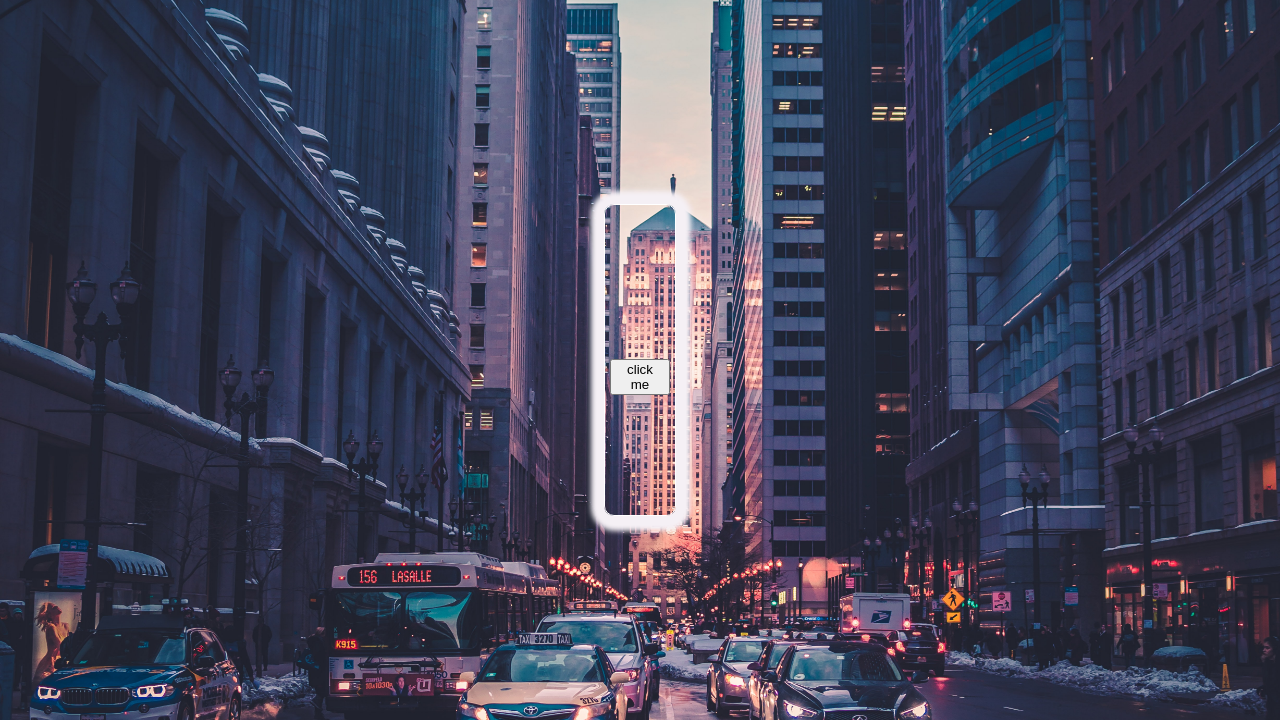
Repository: lamilekan263/random_advice
Page: /
These files come from the project's save history. The page is drawn as it stood at one moment and after the next save; the edit follows.
The browser window is 1280 px wide. The pictures show the whole page.
The page's requests for data from a server got no answer. The project was rebuilt for these pictures with package versions that can differ from the ones it lists, and the page was loaded fresh each time. No one was signed in, and anything a server would have sent is missing.

Above is the page before, as saved 2020-08-10 14:50:06.

### src/App.js
import React from 'react';
import './App.css';
import axios from 'axios'

class App extends React.Component{

  state = {
    advice : ''
  }
 componentDidMount(){
    this.getAdvice()
  }

  getAdvice = ()=>{
    axios.get('https://api.adviceslip.com/advice')
    .then((response) =>{
      const { advice } = response.data.slip;
      console.log(advice)
      this.setState({ advice })
    })

  }

  render(){
    return(
      <div className="app">
        <div className="card">
          <h1> {this.state.advice}</h1>

          <button onClick = {this.getAdvice}>click me</button>
        </div>
      </div>
    )
  }
}


export default App

### src/App.css
body{
  margin:0;
  padding: 0;
  background-image: url('./bg.jpg');
  background-size: cover;
  background-repeat: no-repeat;
  height:100vh;
  background-position: center;
  background-color: linear-gradient(rgba(5, 4, 4, 0.3));
  display:flex;
  justify-content: center;
  text-align:center;
  align-items: center;
}

.card{
  width:80%;
  margin: 0 auto;
  background:linear-gradient(rgba(0,0,0,0.6));
  border:1px solid white;
  padding:5px;
  border-radius: 10px;
  height:300px;
  display:flex;
  flex-direction:column;
  justify-content: center;
  text-align:center;
  align-items: center;
  -webkit-box-shadow: 1px 1px 5px 14px rgba(245,240,245,1);
  -moz-box-shadow: 1px 1px 5px 14px rgba(245,240,245,1);
  box-shadow: 1px 1px 5px 14px rgba(245,240,245,1);


}
h1{
  font-family: monospace;
  color:whitesmoke;
}

Loaded but not shown: public/index.html (common file); src/index.js (common file); src/index.css (common file); src/serviceWorker.js (common file)

After the next save:
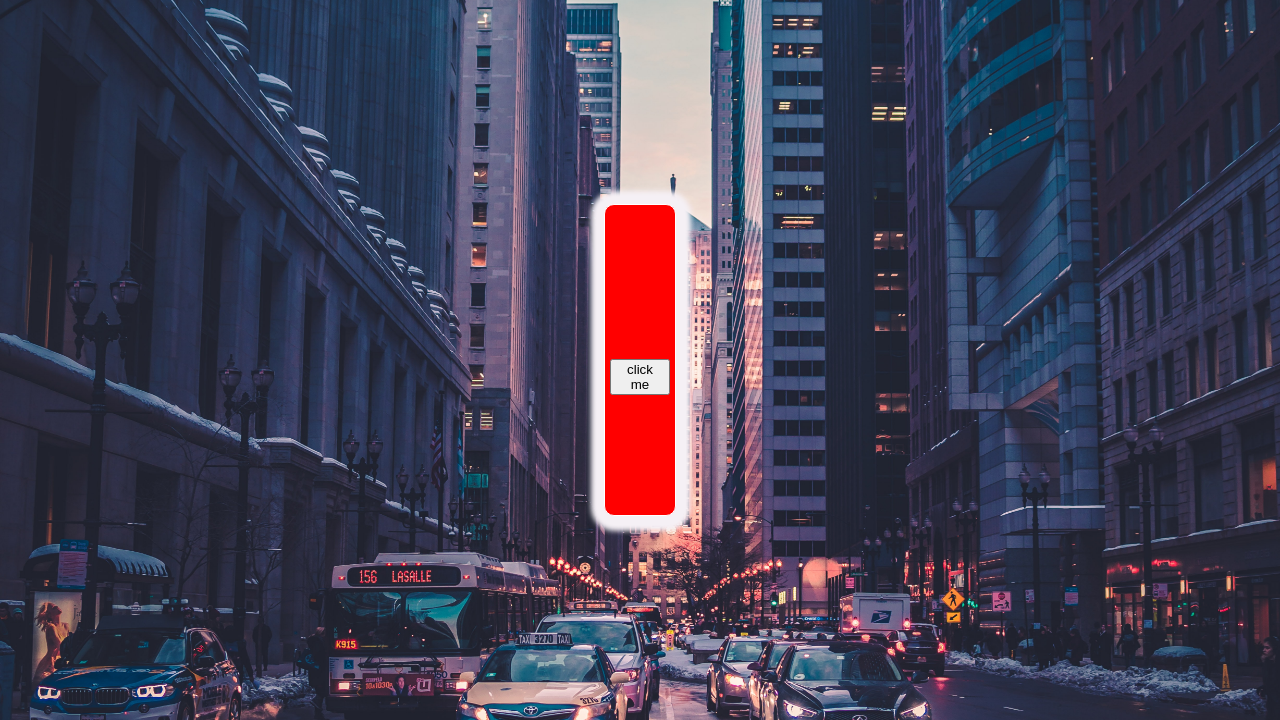
Saved 13 s later.
--- a/src/App.css
+++ b/src/App.css
@@ -16,7 +16,7 @@ body{
 .card{
   width:80%;
   margin: 0 auto;
-  background:linear-gradient(rgba(0,0,0,0.6));
+  background-color:red;
   border:1px solid white;
   padding:5px;
   border-radius: 10px;
